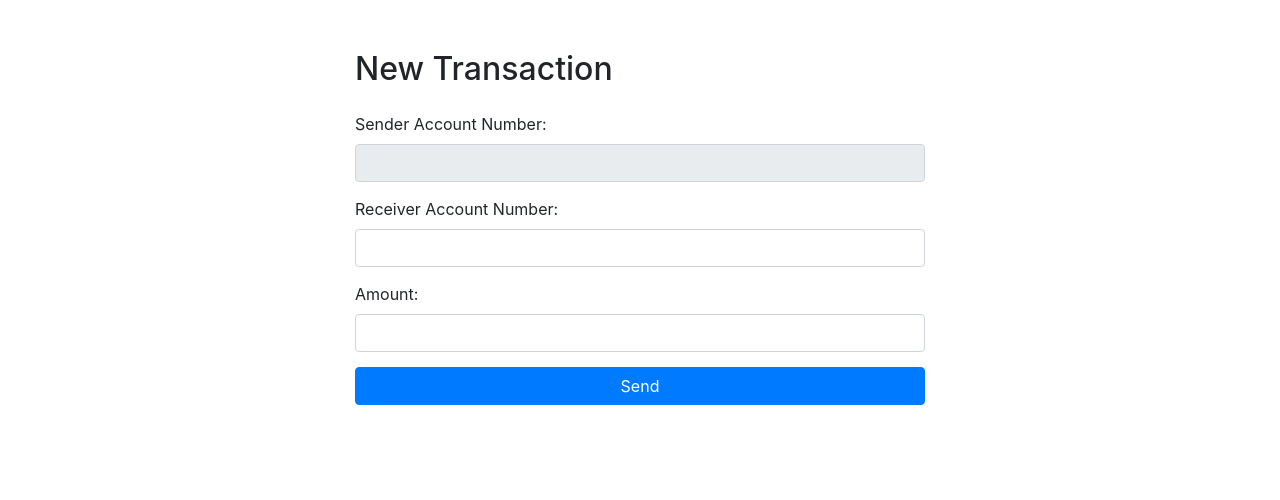
Repository: bhatideepak599/JspServlets
Page: http://localhost/11-bank-application/new-transaction.jsp
The author's editor kept a copy of each file at every save. The page is drawn from the files as they stood at one save, then again after the next save.
The browser window is 1280 px wide. The pictures show the whole page.
The page is served by Tomcat 9. Other server files are loaded and not shown.

Above is the page before, as saved 2024-07-22 11:28:49.

### 11-bank-application/WebContent/new-transaction.jsp
<%@ page contentType="text/html;charset=UTF-8" language="java" %>
<!DOCTYPE html>
<html>
<head>
    <meta charset="UTF-8">
    <title>New Transaction</title>
    <!-- Bootstrap CSS -->
    <link href="https://maxcdn.bootstrapcdn.com/bootstrap/4.5.2/css/bootstrap.min.css" rel="stylesheet">
    <style>
        .container {
            max-width: 600px;
            margin-top: 50px;
        }
        .form-group {
            margin-bottom: 15px;
        }
        .btn {
            width: 100%;
        }
    </style>
</head>
<body>
<div class="container">
    <h2 class="mb-4">New Transaction</h2>
    <form id="transactionForm" action="CustomerController?action=addTransaction" method="post">
        <div class="form-group">
            <label for="senderAccountNumber">Sender Account Number:</label>
            <input type="hidden" class="form-control" id="senderAccountNumber" name="senderAccountNumber" value="<%= request.getAttribute("senderAccountNumber") != null ? request.getAttribute("senderAccountNumber") : "" %>">
            <input type="text" class="form-control" id="displaySenderAccountNumber" value="<%= request.getAttribute("senderAccountNumber") != null ? request.getAttribute("senderAccountNumber") : "" %>" disabled>
        </div>
        <div class="form-group">
            <label for="receiverAccountNumber">Receiver Account Number:</label>
            <input type="text" class="form-control" id="receiverAccountNumber" name="receiverAccountNumber" required>
        </div>
        <div class="form-group">
            <label for="amount">Amount:</label>
            <input type="number" class="form-control" id="amount" name="amount" required>
        </div>
        <button type="submit" class="btn btn-primary">Send</button>

    </form>
</div>

<!-- Bootstrap JS and dependencies -->
<script src="https://ajax.googleapis.com/ajax/libs/jquery/3.5.1/jquery.min.js"></script>
<script src="https://cdnjs.cloudflare.com/ajax/libs/popper.js/1.16.0/umd/popper.min.js"></script>
<script src="https://maxcdn.bootstrapcdn.com/bootstrap/4.5.2/js/bootstrap.min.js"></script>
</body>
</html>

After the next save:
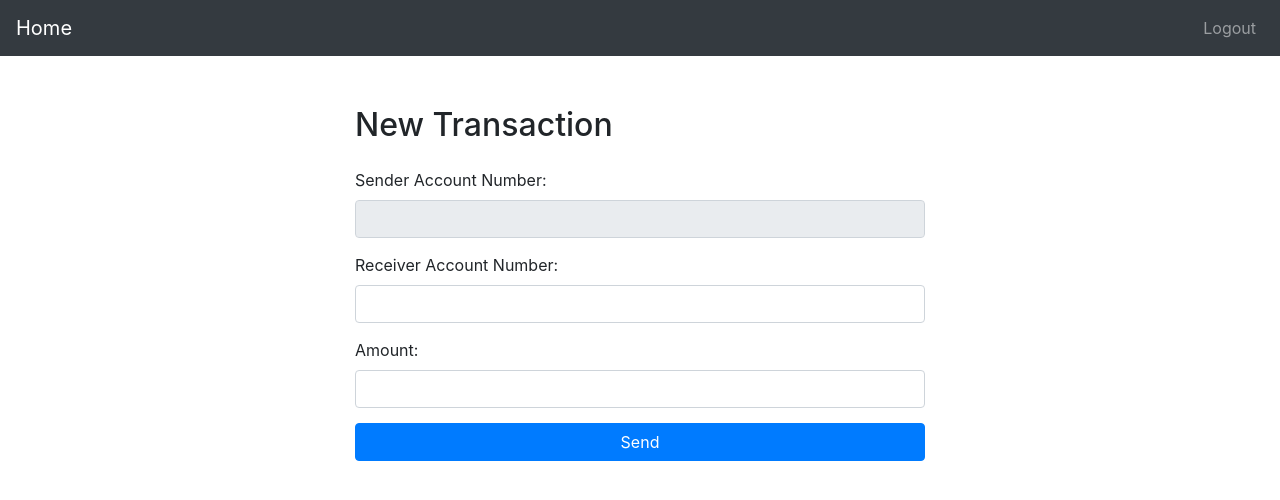
Saved 45 s later.
--- a/11-bank-application/WebContent/new-transaction.jsp
+++ b/11-bank-application/WebContent/new-transaction.jsp
@@ -20,6 +20,14 @@
     </style>
 </head>
 <body>
+<nav class="navbar navbar-expand-lg navbar-dark bg-dark">
+    <a class="navbar-brand" href="CustomerController">Home</a>
+    <div class="collapse navbar-collapse">
+      <ul class="navbar-nav ml-auto">
+        <li class="nav-item"><a class="nav-link" href="LogoutServlet">Logout</a></li>
+      </ul>
+    </div>
+  </nav>
 <div class="container">
     <h2 class="mb-4">New Transaction</h2>
     <form id="transactionForm" action="CustomerController?action=addTransaction" method="post">
@@ -37,7 +45,6 @@
             <input type="number" class="form-control" id="amount" name="amount" required>
         </div>
         <button type="submit" class="btn btn-primary">Send</button>
-
     </form>
 </div>
 
